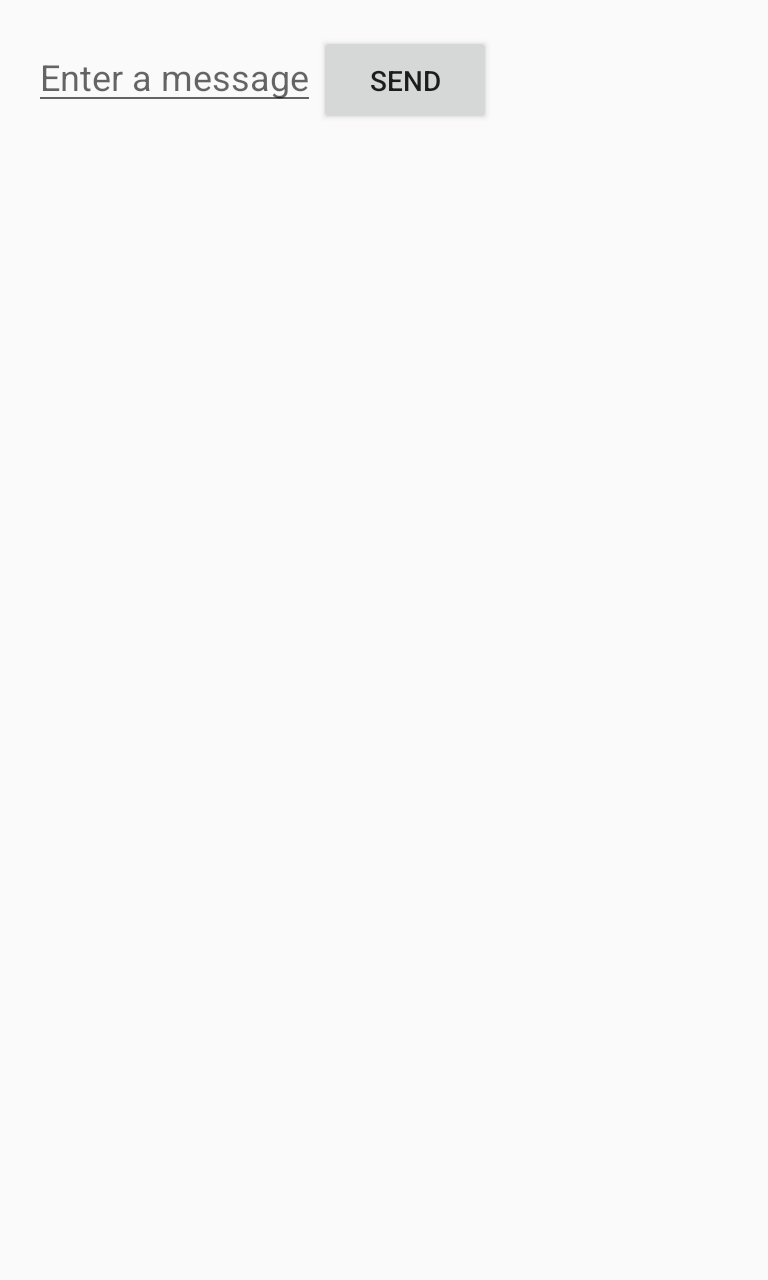
Repository: mythings333/Thingish_ClientApp_SendMsg
Layout: Thingish/res/layout/fragment_main.xml
The author's editor kept a copy of each file at every save. The layout is drawn from the files as they stood at one save, then again after the next save.
It is drawn on a 768 x 1280 px phone screen (xhdpi) without system bars, with theme AppTheme; the app's code is not run.

Above is the layout before, as saved 2014-06-27 07:20:31.

After the next save:
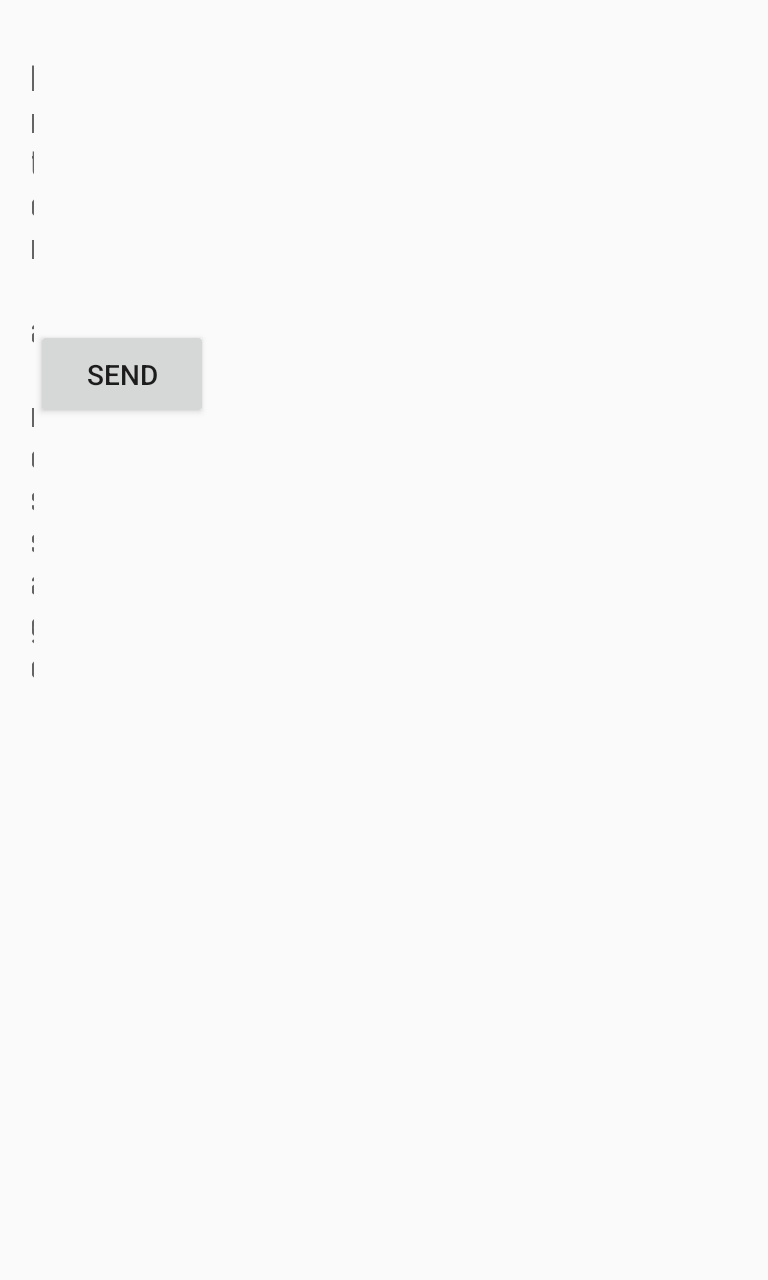
Saved 5 min 53 s later.
--- a/Thingish/res/layout/fragment_main.xml
+++ b/Thingish/res/layout/fragment_main.xml
@@ -11,7 +11,7 @@
 
     <EditText
         android:id="@+id/edit_message"
-        android:layout_width="wrap_content"
+        android:layout_width="1"
         android:layout_height="wrap_content"
         android:hint="@string/edit_message" />
 
